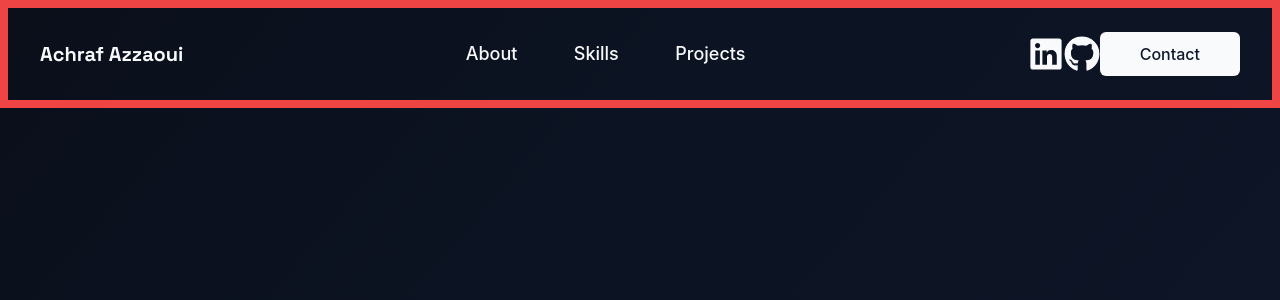
Repository: AchrafAzzaoui/Portfolio-Website
Page: / (app in achrafs-portfolio/)
The author's editor kept a copy of each file at every save. The page is drawn from the files as they stood at one save, then again after the next save.
The browser window is 1280 px wide. The pictures show the whole page.
Some web fonts or font styles are not loaded; a fallback is used. The project was rebuilt for these pictures with package versions that can differ from the ones it lists, and the page was loaded fresh each time. Also part of the build but not shown: achrafs-portfolio/vite.config.ts.

Above is the page before, as saved 2025-01-02 22:19:32.

### achrafs-portfolio/index.html
<!DOCTYPE html>
<html lang="en">
  <head>
    <meta charset="UTF-8" />
    <link rel="icon" type="image/svg+xml" href="/vite.svg" />
    <meta name="viewport" content="width=device-width, initial-scale=1.0" />
    <!-- Inter for body text -->
    <link rel="preconnect" href="https://rsms.me/" />
    <link rel="stylesheet" href="https://rsms.me/inter/inter.css" />

    <!-- Space Grotesk for headlines -->
    <link rel="preconnect" href="https://fonts.googleapis.com" />
    <link rel="preconnect" href="https://fonts.gstatic.com" crossorigin />
    <link
      href="https://fonts.googleapis.com/css2?family=Space+Grotesk:wght@500;600;700&display=swap"
      rel="stylesheet"
    />
    <title>Achraf's Portfolio Website</title>
  </head>
  <body>
    <div id="root"></div>
    <script type="module" src="/src/main.tsx"></script>
  </body>
</html>

### achrafs-portfolio/src/index.css
@tailwind base;
@tailwind components;
@tailwind utilities;
@tailwind base;
@tailwind components;
@tailwind utilities;

@layer base {
  * {
    margin: 0;
    padding: 0;
    box-sizing: border-box;
  }

  html {
    scroll-behavior: smooth;
  }

  body {
    @apply font-sans antialiased;
  }

  ul,
  ol {
    list-style: none;
  }

  a {
    text-decoration: none;
    color: inherit;
  }

  img {
    max-width: 100%;
    height: auto;
  }

  button {
    background: none;
    border: none;
    cursor: pointer;
  }
}

### achrafs-portfolio/src/App.tsx
import "./index.css";
import Header from "./components/layout/Header.tsx";
export default function App() {
  return (
    <div className="min-h-screen bg-gradient-dark">
      <Header />
    </div>
  );
}

### achrafs-portfolio/src/components/layout/Header.tsx
import { useState } from "react";
import { RxLinkedinLogo } from "react-icons/rx";
import { FaGithub } from "react-icons/fa";

export default function Header() {
  const [isMenuOpen, setIsMenuOpen] = useState(false);

  return (
    <header className="px-2 py-4 border-8 border-red-500">
      <nav className="flex px-6 py-2">
        <div className="basis-3/16 flex-auto flex justify-start items-center font-display font-bold text-dark-text-primary">
          <h2 className="text-xl">Achraf Azzaoui</h2>
        </div>
        <div className="basis-7/16 flex-auto flex justify-evenly items-center">
          <a
            href="#about"
            className="font-sans font-medium text-dark-text-primary text-lg"
          >
            About
          </a>
          <a
            href="#skills"
            className="font-sans font-medium text-dark-text-primary text-lg"
          >
            Skills
          </a>
          <a
            href="#projects"
            className="font-sans font-medium text-dark-text-primary text-lg"
          >
            Projects
          </a>
        </div>
        <div className="basis-6/16 flex-auto flex justify-end items-center">
          <RxLinkedinLogo className="text-4xl rounded-sm text-dark-text-primary" />
          <FaGithub className="text-4xl rounded-full text-dark-text-primary" />
          <button className="px-10 py-2.5 border-2 border-dark-text-primary bg-dark-text-primary rounded-md text-light-text-primary font-sans font-medium">
            Contact
          </button>
        </div>
      </nav>
    </header>
  );
}

### achrafs-portfolio/tailwind.config.js
/** @type {import('tailwindcss').Config} */
const defaultTheme = require("tailwindcss/defaultTheme");

export default {
  content: ["./index.html", "./src/**/*.{js,ts,jsx,tsx}"],
  theme: {
    extend: {
      backgroundImage: {
        "gradient-dark":
          "linear-gradient(130deg, #0A0F1A 0%, #0C1322 40%, #0E1628 100%)",
        "gradient-light":
          "linear-gradient(130deg, #F8FAFC 0%, #EEF2F6 40%, #E2E8F0 100%)", // Light theme gradient
      },
      colors: {
        // Dark theme
        dark: {
          text: {
            primary: "#F8FAFC", // Almost white
            secondary: "#94A3B8", // Lighter gray
            muted: "#64748B", // Muted gray
          },
        },
        // Light theme
        light: {
          text: {
            primary: "#0F172A", // Very dark blue/gray
            secondary: "#334155", // Dark gray
            muted: "#64748B", // Same as dark for balance
          },
        },
      },
      fontFamily: {
        sans: ["Inter", ...defaultTheme.fontFamily.sans],
        display: ["Space Grotesk", ...defaultTheme.fontFamily.sans],
      },
    },
  },
  plugins: [],
};

Loaded but not shown: achrafs-portfolio/src/main.tsx (common file)

After the next save:
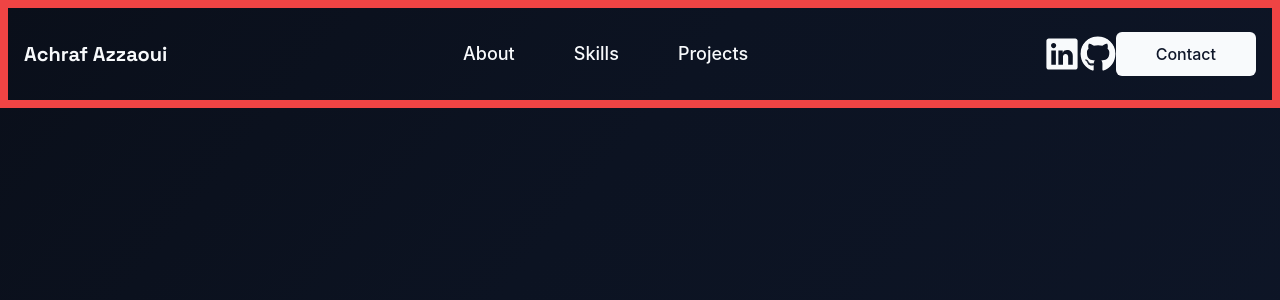
Saved 20 s later.
--- a/achrafs-portfolio/src/components/layout/Header.tsx
+++ b/achrafs-portfolio/src/components/layout/Header.tsx
@@ -7,7 +7,7 @@ export default function Header() {
 
   return (
     <header className="px-2 py-4 border-8 border-red-500">
-      <nav className="flex px-6 py-2">
+      <nav className="flex px-2 py-2">
         <div className="basis-3/16 flex-auto flex justify-start items-center font-display font-bold text-dark-text-primary">
           <h2 className="text-xl">Achraf Azzaoui</h2>
         </div>
